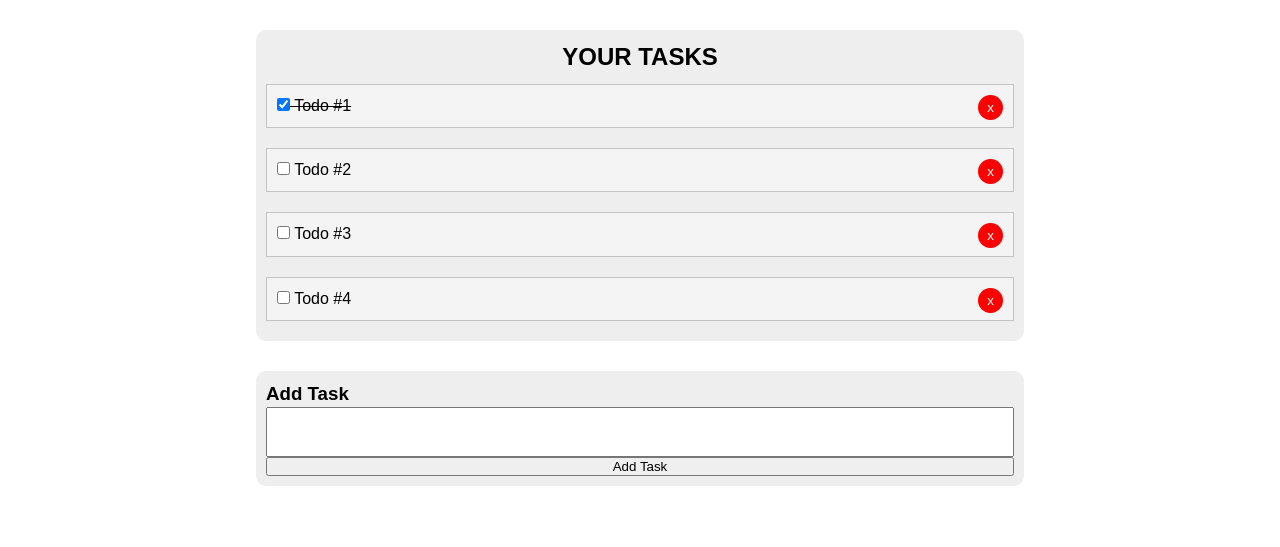
Repository: n0rthern-light/vuejs-taskmanager
Page: /
The author's editor kept a copy of each file at every save. The page is drawn from the files as they stood at one save, then again after the next save.
The browser window is 1280 px wide. The pictures show the whole page.
The project was rebuilt for these pictures with package versions that can differ from the ones it lists, and the page was loaded fresh each time.

Above is the page before, as saved 2019-02-18 16:15:18.

### src/App.vue
<template>
  <div id="app">
    <h3>{{msg}}</h3>
    <Todos :todos="todos" v-on:del-todo="delTodo" v-on:update-array="updateArr"/>
    <TodoAdd />
  </div>
</template>

<script>

import Todos from '@/components/Todos.vue';
import TodoAdd from '@/components/TodoAdd.vue';

export default {
  name: 'app',
  components: {
    Todos,
    TodoAdd
  },
  data() {
    return {
      todos: [
        {
          id: 1,
          title: 'Todo #1',
          completed: true
        },
        {
          id: 2,
          title: 'Todo #2',
          completed: false
        },
        {
          id: 3,
          title: 'Todo #3',
          completed: false
        },
        {
          id: 4,
          title: 'Todo #4',
          completed: false
        }
      ],
      msg: ''
    }
  },
  methods: {
    /* eslint-disable */
    setCookie(cname, cvalue, exdays) {
      var d = new Date();
      d.setTime(d.getTime() + (exdays*24*60*60*1000));
      var expires = "expires="+ d.toUTCString();
      document.cookie = cname + "=" + cvalue + ";" + expires + ";path=/";
    },
    getCookie(cname) {
      var name = cname + "=";
      var decodedCookie = decodeURIComponent(document.cookie);
      var ca = decodedCookie.split(';');
      for(var i = 0; i <ca.length; i++) {
        var c = ca[i];
        while (c.charAt(0) == ' ') {
          c = c.substring(1);
        }
        if (c.indexOf(name) == 0) {
          return c.substring(name.length, c.length);
        }
      }
      return "";
    },
    delTodo(id) {
      console.log('delTodo');
      this.todos = this.todos.filter((el) => el.id !== id);
    },
    updateArr(obj) {
      console.log('updateArr');
      this.todos = this.todos.
      map((el) => el.id === obj.id ? obj : el).
      sort((a, b) => a.id - b.id).
      sort((a, b) => a.completed - b.completed);

      this.setCookie('todos', JSON.stringify(this.todos), 60)
    }

  },
  mounted() {
    console.log('mounted');
    this.todos = JSON.parse(this.getCookie('todos'));

    this.todos = this.todos.sort((a, b) => a.id - b.id).
      sort((a, b) => a.completed - b.completed);
  }
}
</script>

<style>
* {
  box-sizing: border-box;
  margin: 0;
  padding: 0;
}

body {
  font-family: Arial, Helvetica, sans-serif;
  line-height: 1.4;
}
</style>

### src/components/Todos.vue
<template>
  <div class="container">
    <span class="title">YOUR TASKS</span>
    <div v-for="todo in todos" :key="todo.id">
      <TodoItem :todo="todo" v-on:del-todo="$emit('del-todo', todo.id)" v-on:update-array="$emit('update-array', todo)"/>
    </div>
  </div>
</template>

<script>
import TodoItem from './TodoItem.vue';

export default {
  components: {
    TodoItem
  },
  name: 'Todos',
  props: ['todos']
}
</script>

<style scoped>
.container {
  padding: 10px;
  background-color: #eee;
  border-radius: 10px;
  margin: 30px auto 0 auto;
  width: 80%;
  max-width: 768px;
  display: flex;
  flex-direction: column;
}

.container .title {
  text-align: center;
  font-size: 1.5em;
  font-weight: 600;
}

.container div {
  flex: 1;
}
</style>

### src/components/TodoAdd.vue
<template>
  <div class="container">
    <h3>Add Task</h3>
    <input type="text"/>
    <button class="btn" @click="$emit('add-todo', title)">Add Task</button>
  </div>
</template>

<script>
export default {
  name: 'TodoAdd',
  data () {
    return {
      title: ''
    }
  }
}
</script>

<style scoped>
.container {
  padding: 10px;
  background-color: #eee;
  border-radius: 10px;
  margin: 30px auto 0 auto;
  width: 80%;
  max-width: 768px;
  display: flex;
  flex-direction: column;
}

.container input {
  padding: 10px;
  font-size: 1.4em;
  font-weight: 600;
}

</style>

### src/components/TodoItem.vue
<template>
  <div class="todo-item" :class="{'is-complete':todo.completed}">
    <p>
      <input type="checkbox" v-on:change="markComplete(); $emit('update-array', todo);" :checked="this.todo.completed">
      {{todo.title}}
      <button @click="$emit('del-todo', todo.id)" class="del">x</button>
    </p>
  </div>
</template>

<script>
export default {
  name: 'TodoItem',
  props: ['todo'],
  methods: {
    markComplete () {
      this.todo.completed = !this.todo.completed;
    }
  },
  mounted () {

  }
}
</script>

<style scoped>
  .todo-item {
    background: #f4f4f4;
    padding: 10px;
    margin: 10px 0;
    border: 1px solid rgba(0,0,0,0.2);
  }

  .is-complete {
    text-decoration: line-through;
  }

  .del {
    background: #ff0000;
    color: #fff;
    border: none;
    padding: 5px 9px;
    border-radius: 50%;
    cursor: pointer;
    float: right;
  }
</style>

Loaded but not shown: src/main.js (common file)

After the next save:
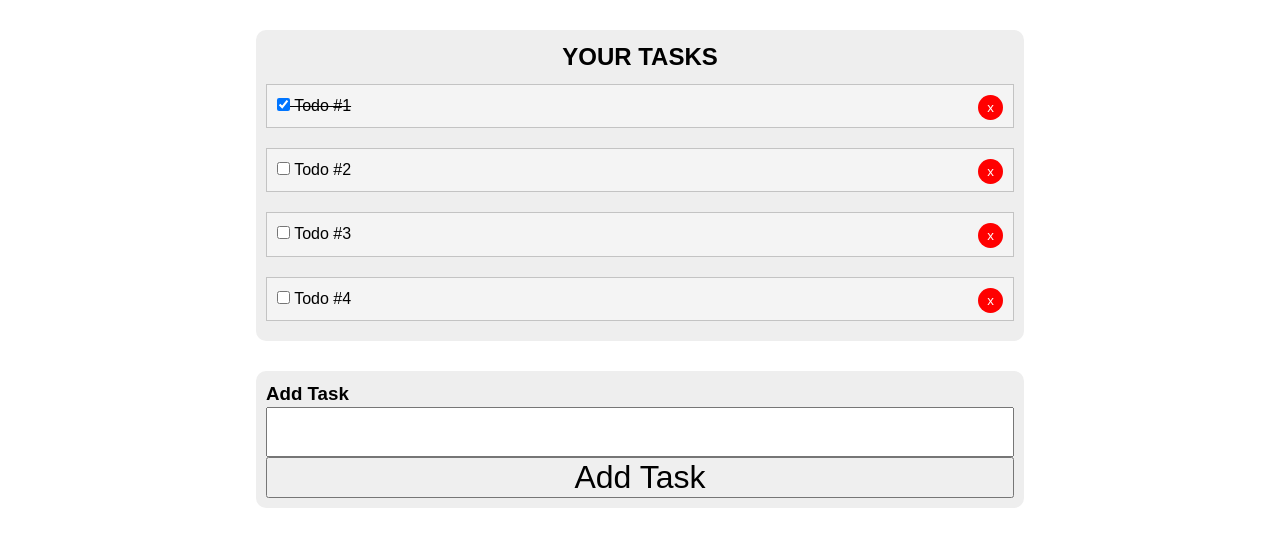
Saved 8 s later.
--- a/src/components/TodoAdd.vue
+++ b/src/components/TodoAdd.vue
@@ -35,4 +35,8 @@ export default {
   font-weight: 600;
 }
 
+.container .btn {
+  font-size: 2.0em;
+}
+
 </style>
